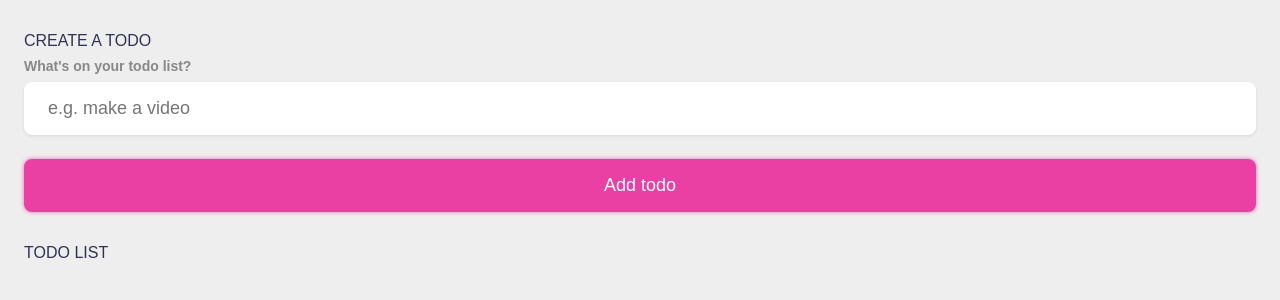
Repository: Kajo-lab/vue-todo
Page: /
An editor plug-in stored every save of this project. The page is shown before and after the next save, followed by the edit.
The browser window is 1280 px wide. The pictures show the whole page.
The project was rebuilt for these pictures with package versions that can differ from the ones it lists, and the page was loaded fresh each time. Also part of the build but not shown: vite.config.js.

Above is the page before, as saved 2022-07-05 17:30:07.

After the next save:
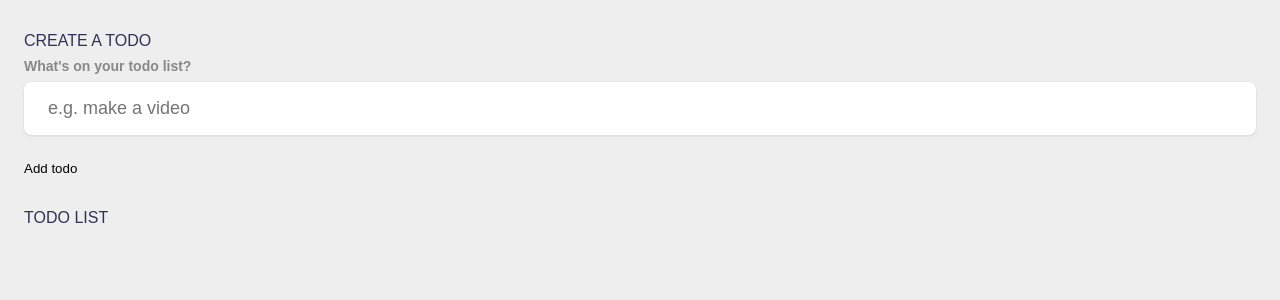
Saved 80 s later.
--- a/src/main.css
+++ b/src/main.css
@@ -82,150 +82,3 @@ h4 {
 	box-shadow: var(--shadow);
 	margin-bottom: 1.5rem;
 }
-
-.create-todo .options {
-	display: grid;
-	grid-template-columns: repeat(2, 1fr);
-	grid-gap: 1rem;
-	margin-bottom: 1.5rem;
-}
-
-.create-todo .options label {
-	display: flex;
-	flex-direction: column;
-	align-items: center;
-	justify-content: center;
-	padding: 1.5rem;
-	background-color: #FFF;
-	border-radius: 0.5rem;
-	box-shadow: var(--shadow);
-	cursor: pointer;
-}
-
-input[type="radio"],
-input[type="checkbox"] {
-	display: none;
-}
-
-.bubble {
-	display: flex;
-	align-items: center;
-	justify-content: center;
-	width: 20px;
-	height: 20px;
-	border-radius: 50%;
-	border: 2px solid var(--business);
-	box-shadow: var(--business-glow);
-}
-
-.bubble.personal {
-	border-color: var(--personal);
-	box-shadow: var(--personal-glow);
-}
-
-.bubble::after {
-	content: "";
-	display: block;
-	opacity: 0;
-	width: 0px;
-	height: 0px;
-	background-color: var(--business);
-	box-shadow: var(--business-glow);
-	border-radius: 50%;
-	transition: 0.2s ease-in-out;
-}
-
-.bubble.personal::after {
-	background-color: var(--personal);
-	box-shadow: var(--personal-glow);
-}
-
-input:checked ~ .bubble::after {
-	width: 10px;
-	height: 10px;
-	opacity: 1;
-}
-
-.create-todo .options label div {
-	color: var(--dark);
-	font-size: 1.125rem;
-	margin-top: 1rem;
-}
-
-.create-todo input[type="submit"] {
-	display: block;
-	width: 100%;
-	font-size: 1.125rem;
-	padding: 1rem 1.5rem;
-	color: #FFF;
-	background-color: var(--primary);
-	border-radius: 0.5rem;
-	box-shadow: var(--personal-glow);
-	cursor: pointer;
-	transition: 0.2s ease-in-out;
-}
-
-.create-todo input[type="submit"]:hover {
-	opacity: 0.75;
-}
-
-.todo-list .list {
-	margin: 1rem 0;
-}
-
-.todo-list .todo-item {
-	display: flex;
-	align-items: center;
-	background-color: #FFF;
-	padding: 1rem;
-	border-radius: 0.5rem;
-	box-shadow: var(--shadow);
-	margin-bottom: 1rem;
-}
-
-.todo-item label {
-	display: block;
-	margin-right: 1rem;
-	cursor: pointer;
-}
-
-.todo-item .todo-content {
-	flex: 1 1 0%;
-}
-
-.todo-item .todo-content input {
-	color: var(--dark);
-	font-size: 1.125rem;
-}
-
-.todo-item .actions {
-	display: flex;
-	align-items: center;
-}
-
-.todo-item .actions button {
-	display: block;
-	padding: 0.5rem;
-	border-radius: 0.25rem;
-	color: #FFF;
-	cursor: pointer;
-	transition: 0.2s ease-in-out;
-}
-
-.todo-item .actions button:hover {
-	opacity: 0.75;
-}
-
-.todo-item .actions .edit {
-	margin-right: 0.5rem;
-	background-color: var(--primary);
-}
-
-.todo-item .actions .delete {
-	background-color: var(--danger);
-}
-
-.todo-item.done .todo-content input {
-	text-decoration: line-through;
-	color: var(--grey);
-}

After the save that followed:
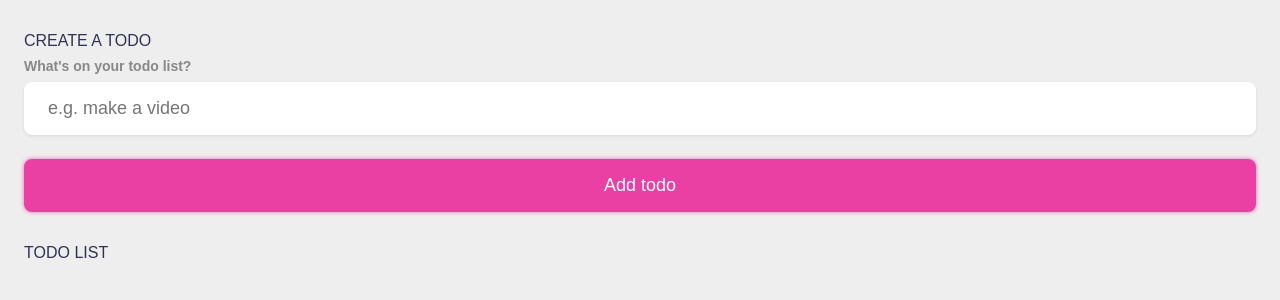
Saved 10 s later.
--- a/src/main.css
+++ b/src/main.css
@@ -82,3 +82,145 @@ h4 {
 	box-shadow: var(--shadow);
 	margin-bottom: 1.5rem;
 }
+
+
+
+.create-todo .options label {
+	display: flex;
+	flex-direction: column;
+	align-items: center;
+	justify-content: center;
+	padding: 1.5rem;
+	background-color: #FFF;
+	border-radius: 0.5rem;
+	box-shadow: var(--shadow);
+	cursor: pointer;
+}
+
+input[type="radio"],
+input[type="checkbox"] {
+	display: none;
+}
+
+.bubble {
+	display: flex;
+	align-items: center;
+	justify-content: center;
+	width: 20px;
+	height: 20px;
+	border-radius: 50%;
+	border: 2px solid var(--business);
+	box-shadow: var(--business-glow);
+}
+
+.bubble.personal {
+	border-color: var(--personal);
+	box-shadow: var(--personal-glow);
+}
+
+.bubble::after {
+	content: "";
+	display: block;
+	opacity: 0;
+	width: 0px;
+	height: 0px;
+	background-color: var(--business);
+	box-shadow: var(--business-glow);
+	border-radius: 50%;
+	transition: 0.2s ease-in-out;
+}
+
+.bubble.personal::after {
+	background-color: var(--personal);
+	box-shadow: var(--personal-glow);
+}
+
+input:checked ~ .bubble::after {
+	width: 10px;
+	height: 10px;
+	opacity: 1;
+}
+
+.create-todo .options label div {
+	color: var(--dark);
+	font-size: 1.125rem;
+	margin-top: 1rem;
+}
+
+.create-todo input[type="submit"] {
+	display: block;
+	width: 100%;
+	font-size: 1.125rem;
+	padding: 1rem 1.5rem;
+	color: #FFF;
+	background-color: var(--primary);
+	border-radius: 0.5rem;
+	box-shadow: var(--personal-glow);
+	cursor: pointer;
+	transition: 0.2s ease-in-out;
+}
+
+.create-todo input[type="submit"]:hover {
+	opacity: 0.75;
+}
+
+.todo-list .list {
+	margin: 1rem 0;
+}
+
+.todo-list .todo-item {
+	display: flex;
+	align-items: center;
+	background-color: #FFF;
+	padding: 1rem;
+	border-radius: 0.5rem;
+	box-shadow: var(--shadow);
+	margin-bottom: 1rem;
+}
+
+.todo-item label {
+	display: block;
+	margin-right: 1rem;
+	cursor: pointer;
+}
+
+.todo-item .todo-content {
+	flex: 1 1 0%;
+}
+
+.todo-item .todo-content input {
+	color: var(--dark);
+	font-size: 1.125rem;
+}
+
+.todo-item .actions {
+	display: flex;
+	align-items: center;
+}
+
+.todo-item .actions button {
+	display: block;
+	padding: 0.5rem;
+	border-radius: 0.25rem;
+	color: #FFF;
+	cursor: pointer;
+	transition: 0.2s ease-in-out;
+}
+
+.todo-item .actions button:hover {
+	opacity: 0.75;
+}
+
+.todo-item .actions .edit {
+	margin-right: 0.5rem;
+	background-color: var(--primary);
+}
+
+.todo-item .actions .delete {
+	background-color: var(--danger);
+}
+
+.todo-item.done .todo-content input {
+	text-decoration: line-through;
+	color: var(--grey);
+}
